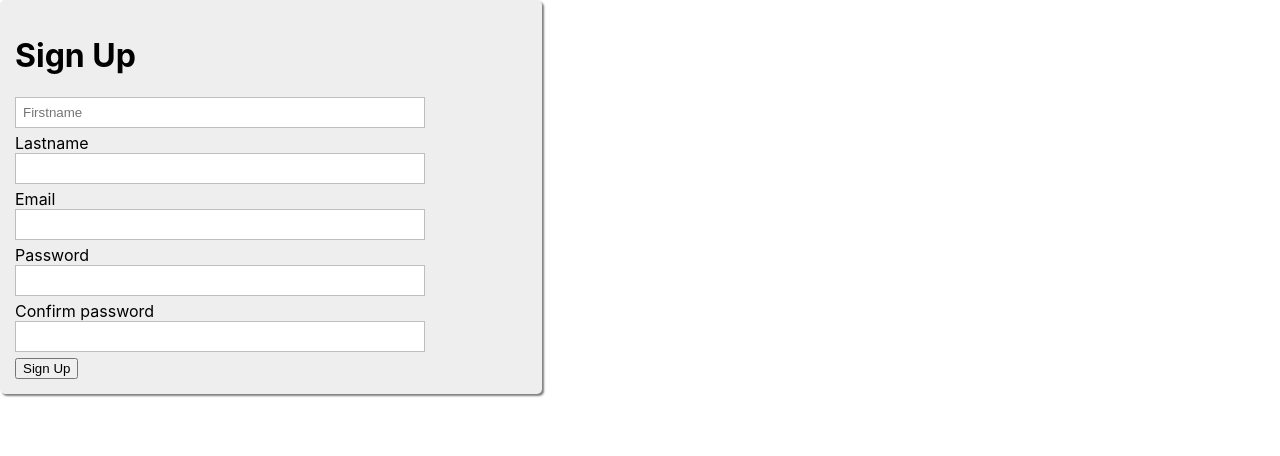
Repository: khamraeva/JSP-homework1-sighup
Page: /
The author's editor kept a copy of each file at every save. The page is drawn from the files as they stood at one save, then again after the next save.
The browser window is 1280 px wide. The pictures show the whole page.
The project was rebuilt for these pictures with package versions that can differ from the ones it lists, and the page was loaded fresh each time.

Above is the page before, as saved 2020-07-22 16:48:02.

### src/App.js
import React from 'react';
import SignUp from './Components/SignUp/SignUp';
import './App.css';


function App() {
  return (
    <div className="App">
      <SignUp />
    </div>
  );
}

export default App;

### src/Components/SignUp/SignUp.js
import React, { Component } from 'react';
import './SignUp.css';

class SignUp extends Component {
    render() {
        return (
            <div className={'signup-container'}>
                <h1>Sign Up</h1>
                <form className={'signup-form'}>
                    {/* <label>Firstname</label> */}
                    <input
                        className='input'
                        type='text'
                        placeholder='Firstname'
                    />
                    <label>Lastname</label>
                    <input
                        className='input'
                        type='text'
                    />
                    <label>Email</label>
                    <input
                        className='input'
                        type='text'
                    />
                    <label>Password</label>
                    <input
                        className='input'
                        type='text'
                    />
                    <label>Confirm password</label>
                    <input
                        className='input'
                        type='text'
                    />
                    <button>Sign Up</button>
                </form>
            </div>
        )
    }
}

export default SignUp

### src/App.css
.App {
    display: flex;
    justify-content: center;
    flex-direction: column;
}

### src/Components/SignUp/SignUp.css
.signup-container {
    display: flex;
    justify-content: center;
    flex-direction: column;
    padding-top: 100px;
    flex-grow: 1;
    width: 40%;
    background: #eee;
    box-shadow: 2px 2px 2px rgba(0, 0, 0, .5);
    padding: 15px;
    border-radius: 5px;
}

/* .signup-form {
    background: #eee;
    box-shadow: 2px 2px 2px rgba(0, 0, 0, .5);
    padding: 15px;
    border-radius: 5px;
} */

.input {
    display: block;
    /* justify-content: center; */
    box-sizing: border-box;
    border: 1px solid #bebebe;
    padding: 7px;
    margin: 0 0 5px;
    width: 80%;
    outline: none;
    transition: all 300ms ease-in-out;
}

Loaded but not shown: public/index.html (common file); src/index.js (common file); src/index.css (common file); src/serviceWorker.js (common file)

After the next save:
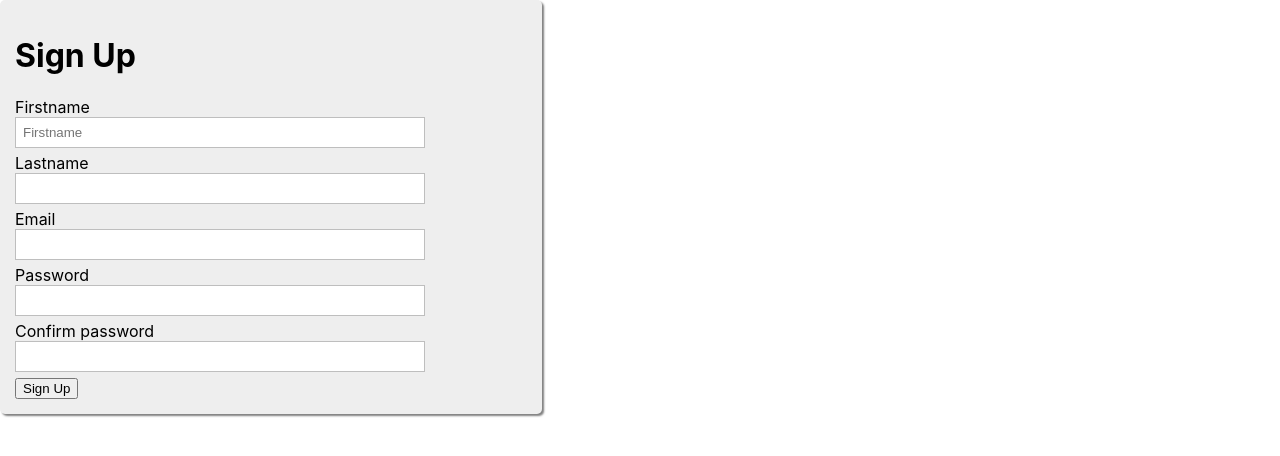
Saved 34 s later.
--- a/src/Components/SignUp/SignUp.js
+++ b/src/Components/SignUp/SignUp.js
@@ -7,7 +7,7 @@ class SignUp extends Component {
             <div className={'signup-container'}>
                 <h1>Sign Up</h1>
                 <form className={'signup-form'}>
-                    {/* <label>Firstname</label> */}
+                    <label>Firstname</label>
                     <input
                         className='input'
                         type='text'
